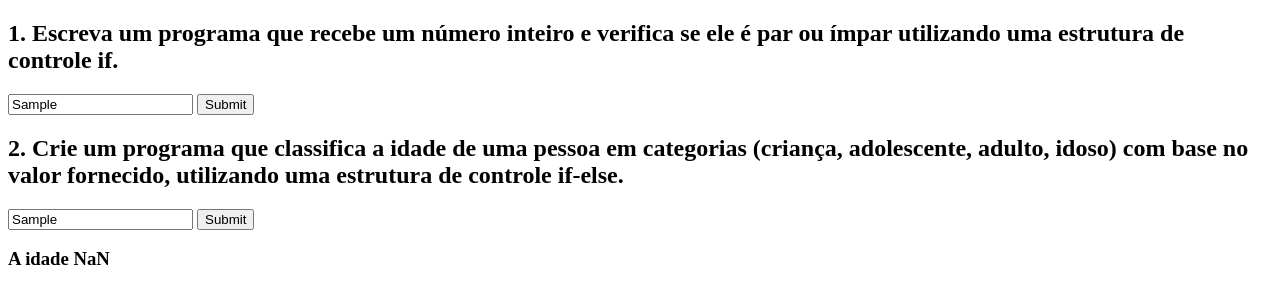
Repository: chidekina/prati-logica
Page: index.html
The author's editor kept a copy of each file at every save. The page is drawn from the files as they stood at one save, then again after a run of saves.
The browser window is 1280 px wide. The pictures show the whole page.
Empty fields were first filled with sample values (such as "Sample", 5 or name@example.com).
After loading, the first visible `input[onclick="classificacaoEtaria()"]` was clicked once.

Above is the page before, as saved 2025-04-29 13:48:58.

### index.html
<!DOCTYPE html>
<html lang="en">
<head>
    <main>
        <meta charset="UTF-8">
        <meta name="viewport" content="width=device-width, initial-scale=1.0">
        <title>+prati - Lista de Exercicios 1</title>
    </head>
<body>
    <div>
        <h2>
            1. Escreva um programa que recebe um número inteiro e verifica se ele é par ou ímpar
utilizando uma estrutura de controle if.
    </h2>
    <div>
        <input id="task1" type="text" placeholder="Digite um numero" />
        <input type="submit" onclick="parOuImpar()">
    </div>
    <h3 id="answer1"></h3>
</div>
    <div>
        <h2>
            2. Crie um programa que classifica a idade de uma pessoa em categorias (criança,
adolescente, adulto, idoso) com base no valor fornecido, utilizando uma estrutura de
controle if-else.
    </h2>
    <div>
        <input id="task2" type="text" placeholder="Digite sua idade" />
        <input type="submit" onclick="classificacaoEtaria()">
    </div>
    <h3 id="answer2"></h3>
</div>
</main>
<script src="app.js"></script>
</body>
</html>

### app.js
function parOuImpar() {
    const task1 = document.getElementById('task1').value;
    const numero = parseInt(task1);
    let answer1 = document.getElementById('answer1');

    if (isNaN(numero)) {
        alert("Digite um número válido.");
    } else if (numero % 2 === 0) {
       answer1.innerHTML = `O número ${task1} é par`;
    } else {
        answer1.innerHTML = `O número ${task1} é ímpar`;
    }
}

function classificacaoEtaria() {
    const task2 = document.getElementById('task2').value;
    const idade = parseInt(task2);
    let classificacao;
    let answer2 = document.getElementById('answer2');

    if (idade >= 60) {
        classificacao = 'idoso';
    } else if (idade >= 20) {
        classificacao = 'adulto';
    } else if (idade >= 12) {
        classificacao = 'adolescente';
    } else {
        classificacao = 'criança';
    }

    answer2.innerHTML = `A idade ${idade} `
}

After the next 2 saves:
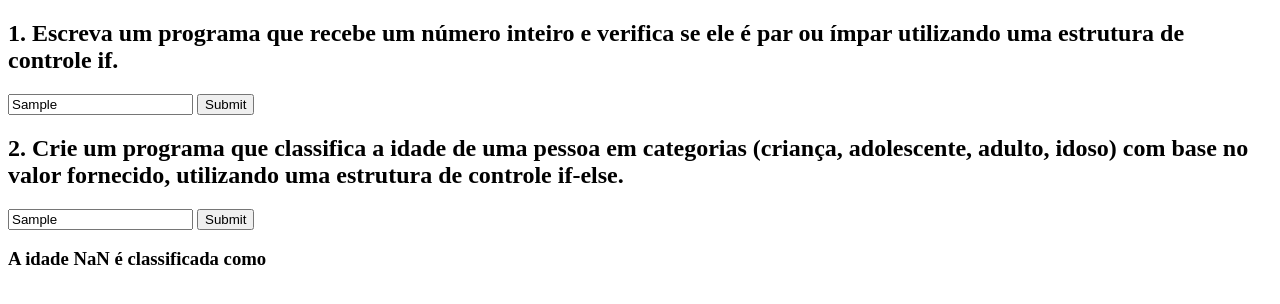
The 2 saves are shown as one change because they came seconds apart.
The last was saved 7 s later.
--- a/app.js
+++ b/app.js
@@ -28,5 +28,5 @@ function classificacaoEtaria() {
         classificacao = 'criança';
     }
 
-    answer2.innerHTML = `A idade ${idade} `
+    answer2.innerHTML = `A idade ${idade} é classificada como `
 }
